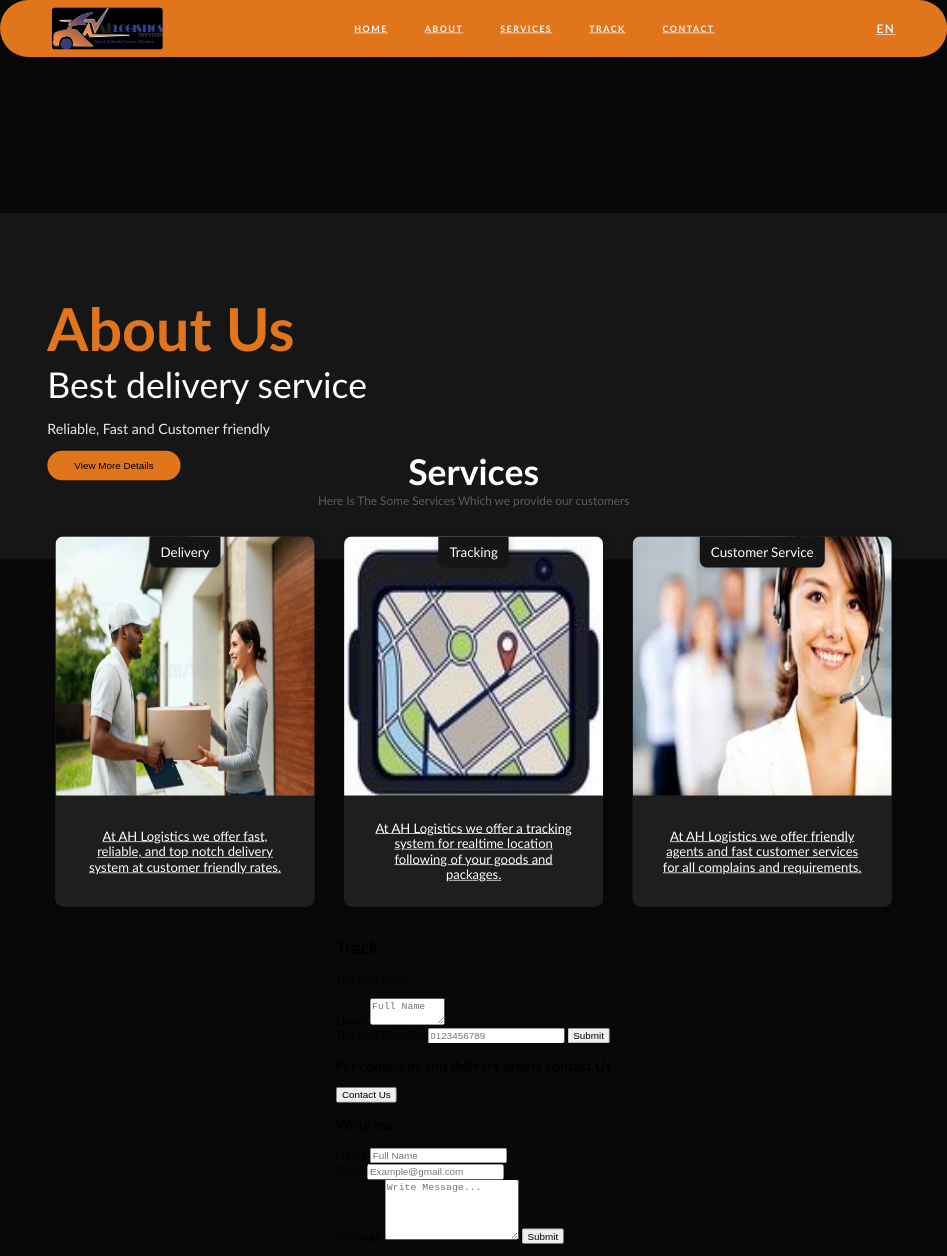
Repository: TheSecretlifeOfX/Ah-Logistics
Page: index.html
These files come from the project's save history. The page is drawn as it stood at one moment and after the next save; the edit follows.
The browser window is 1280 px wide. The pictures show the whole page, at 74% of full size.

Above is the page before, as saved 2022-03-02 14:39:02.

After the next save:
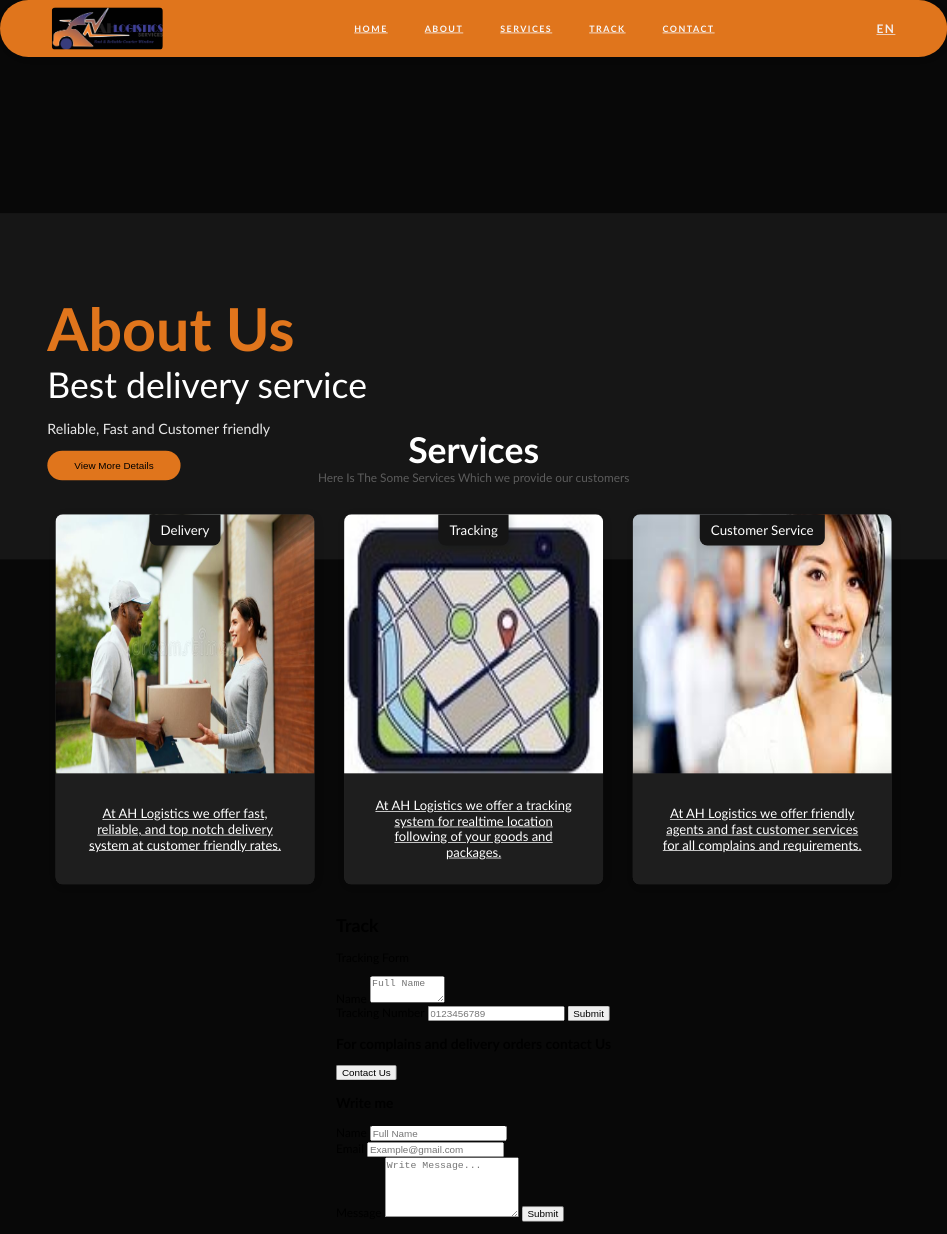
Saved 37 s later.
--- a/css/home.css
+++ b/css/home.css
@@ -120,7 +120,7 @@ body{
 			flex-direction: column;
 			align-items: center;
 			justify-content: center;
-			padding-top: 70px ;
+			padding-top: 10px ;
 
 		}
 
